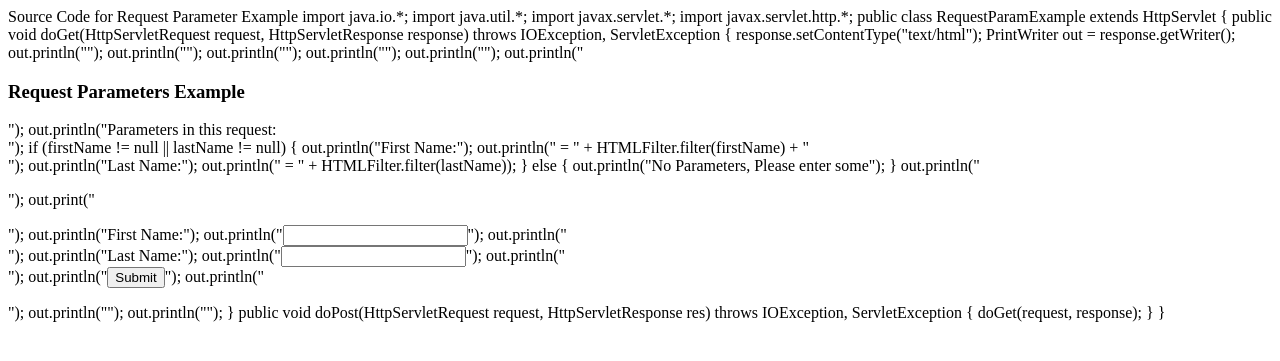
Repository: umng/Learn-to-Program
Page: Java/CTS_SFDC/workspace/Validate Player details/WebContent/index.html
These files come from the project's save history. The page is drawn as it stood at one moment and after the next save; the edit follows.
The browser window is 1280 px wide. The pictures show the whole page.

Above is the page before, as saved 2017-02-23 08:10:34.

After the next save:
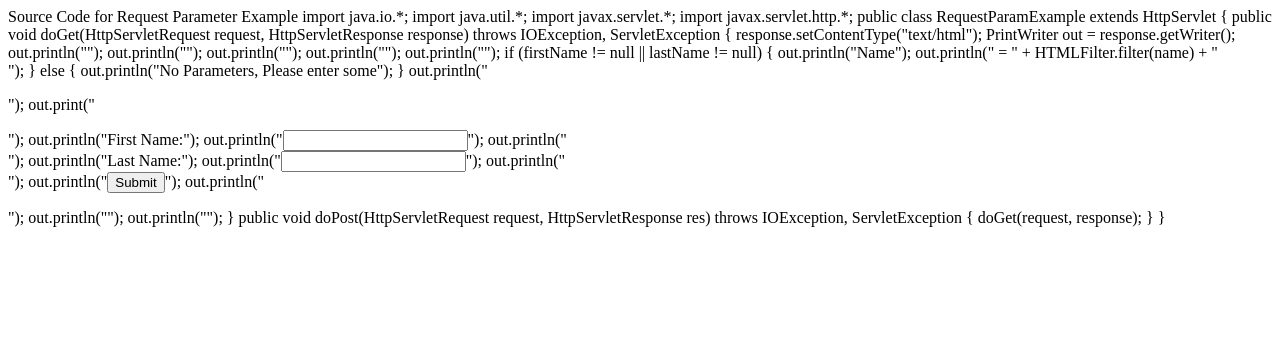
Saved 85 s later.
--- a/Java/CTS_SFDC/workspace/Validate Player details/WebContent/index.html
+++ b/Java/CTS_SFDC/workspace/Validate Player details/WebContent/index.html
@@ -15,16 +15,12 @@
         PrintWriter out = response.getWriter();
         out.println("<html>");
         out.println("<head>");
-        out.println("<title>Request Parameters Example</title>");
+        out.println("<title>Welcome Servlet</title>");
         out.println("</head>");
         out.println("<body>");
-        out.println("<h3>Request Parameters Example</h3>");
-        out.println("Parameters in this request:<br>");
         if (firstName != null || lastName != null) {
-            out.println("First Name:");
-            out.println(" = " + HTMLFilter.filter(firstName) + "<br>");
-            out.println("Last Name:");
-            out.println(" = " + HTMLFilter.filter(lastName));
+            out.println("Name");
+            out.println(" = " + HTMLFilter.filter(name) + "<br>");
         } else {
             out.println("No Parameters, Please enter some");
         }
